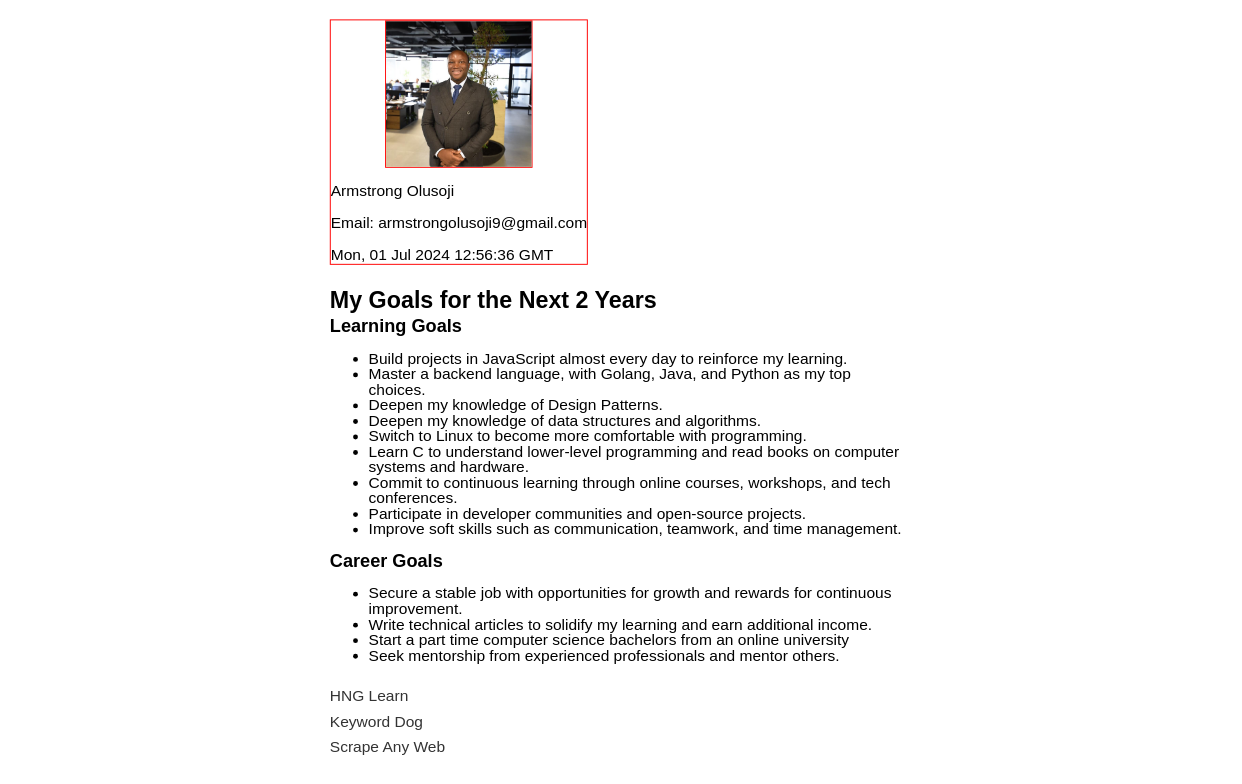
Repository: Armstrong2035/hng-project-one
Page: index.html
The author's editor kept a copy of each file at every save. The page is drawn from the files as they stood at one save, then again after the next save.
The browser window is 1280 px wide. The pictures show the whole page, at 97% of full size.

Above is the page before, as saved 2024-07-01 16:23:24.

### index.html
<!DOCTYPE html>
<html>
  <head>
    <meta charset="utf-8" />
    <meta name="viewport" content="width=device-width" />
    <title>Armstrong Olusoji's Goals</title>
    <link href="style.css" rel="stylesheet" type="text/css" />
    <script src="script.js" defer></script>
  </head>
  <body>
    <div id="container">
      <div class="profile-card">
        <div class="profile-picture">
          <img
            src="Headshot.jpg"
            alt="Profile Picture"
            class="headshot"
            data-testid="slackProfilePicture"
          />
        </div>
        <div class="display-information">
          <p data-testid="slackDisplayName">Armstrong Olusoji</p>
          <p data-testid="slackEmail">Email: armstrongolusoji9@gmail.com</p>
          <p data-testid="currentTimeUTC" id="current-time">Loading...</p>
        </div>
      </div>

      <section id="my-goals">
        <h2>My Goals for the Next 2 Years</h2>
        <div class="learning-goals">
          <h3>Learning Goals</h3>
          <ul>
            <li>
              Build projects in JavaScript almost every day to reinforce my
              learning.
            </li>
            <li>
              Master a backend language, with Golang, Java, and Python as my top
              choices.
            </li>
            <li>Deepen my knowledge of Design Patterns.</li>
            <li>Deepen my knowledge of data structures and algorithms.</li>
            <li>
              Switch to Linux to become more comfortable with programming.
            </li>
            <li>
              Learn C to understand lower-level programming and read books on
              computer systems and hardware.
            </li>
            <li>
              Commit to continuous learning through online courses, workshops,
              and tech conferences.
            </li>
            <li>
              Participate in developer communities and open-source projects.
            </li>
            <li>
              Improve soft skills such as communication, teamwork, and time
              management.
            </li>
          </ul>
        </div>
        <div class="career-goals">
          <h3>Career Goals</h3>
          <ul>
            <li>
              Secure a stable job with opportunities for growth and rewards for
              continuous improvement.
            </li>
            <li>
              Write technical articles to solidify my learning and earn
              additional income.
            </li>
            <li>
              Start a part time computer science bachelors from an online
              university
            </li>
            <li>
              Seek mentorship from experienced professionals and mentor others.
            </li>
          </ul>
        </div>
      </section>

      <section>
        <a href="https://hng.tech/learn" data-testid="hngLink">HNG Learn</a>
        <a href="https://keyword.dog" data-testid="keywordLink">Keyword Dog</a>
        <a href="https://scrapeanyweb.site" data-testid="scrapeanywebLink"
          >Scrape Any Web</a
        >
      </section>
    </div>
  </body>
</html>

### style.css
body {
  font-family: Arial, sans-serif;
  line-height: 1;
  margin: 0;
  padding: 0;
}

#container {
  max-width: 800px;
  margin: 0 auto;
  padding: 20px;
  display: flex;
  flex-direction: column;
  align-items: flex-start;
}

.profile-card {
  text-align: left;
  margin-bottom: 20px;
  display: flex;
  flex-direction: column;
  align-items: flex-start;
  border: 1px solid red;
}

.profile-picture {
  height: 150px;
  width: 150px;
  margin: 0 auto;
  border: 1px solid red;
}

.profile-picture .headshot {
  height: 100%;
  width: 100%;
  object-fit: cover;
}

.display-information {
  display: flex;
  flex-direction: column;
  align-items: flex-start;
}

.display-information p {
  margin-bottom: 1px;
}

h2,
h3 {
  margin: 5px 0;
}

a {
  display: block;
  margin: 10px 0;
  color: #333;
  text-decoration: none;
}

a:hover {
  text-decoration: underline;
}

@media (min-width: 600px) {
  #container {
    max-width: 600px;
  }
}

### script.js
function updateTime() {
  const now = new Date();
  const utcTime = now.toUTCString();
  const day = now.toLocaleDateString("en-US", { weekday: "long" });
  document.getElementById("current-time").textContent = ` ${utcTime}`;
}

setInterval(updateTime, 1000);
updateTime();

After the next save:
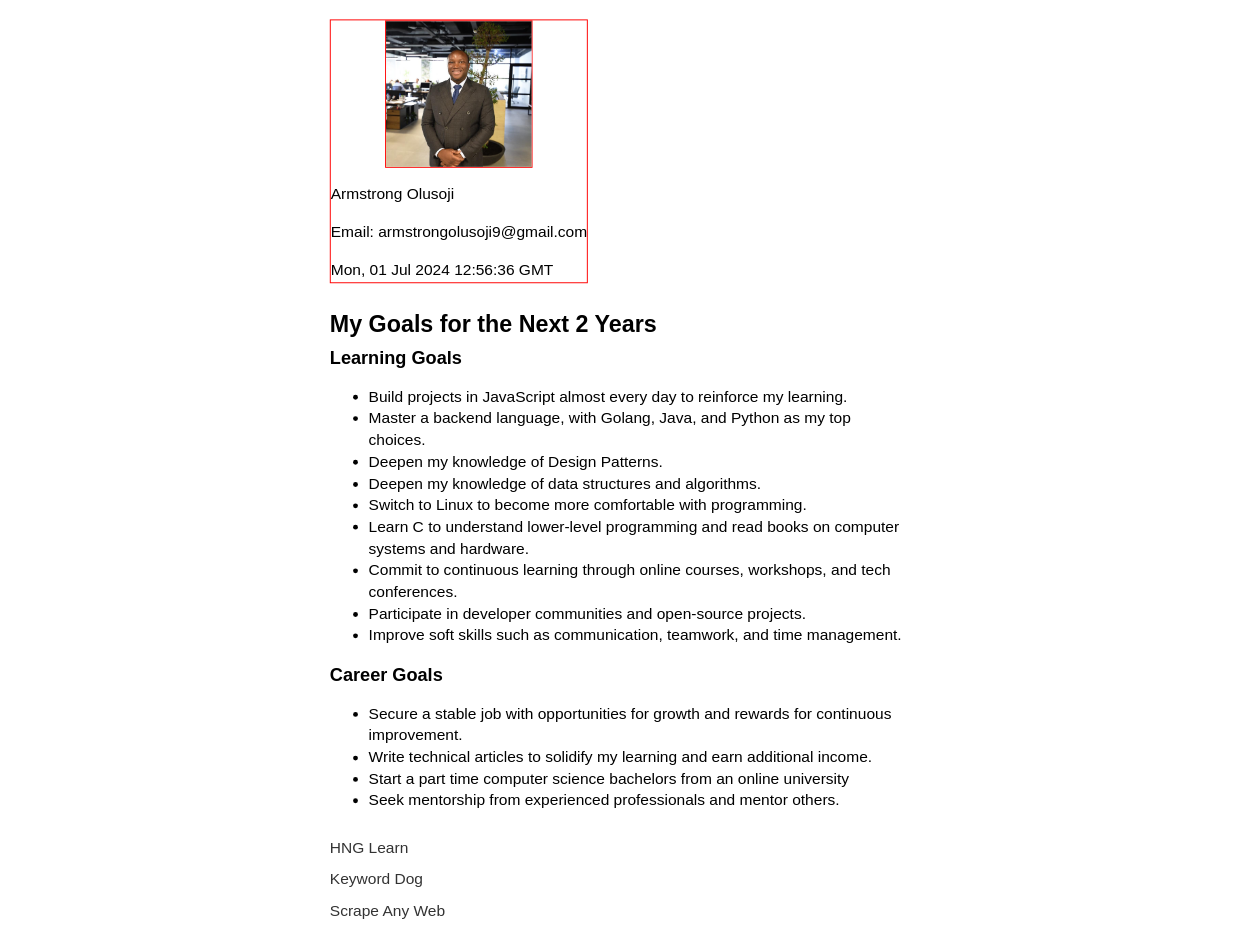
Saved 5 s later.
--- a/style.css
+++ b/style.css
@@ -1,6 +1,6 @@
 body {
   font-family: Arial, sans-serif;
-  line-height: 1;
+  line-height: 1.4;
   margin: 0;
   padding: 0;
 }
